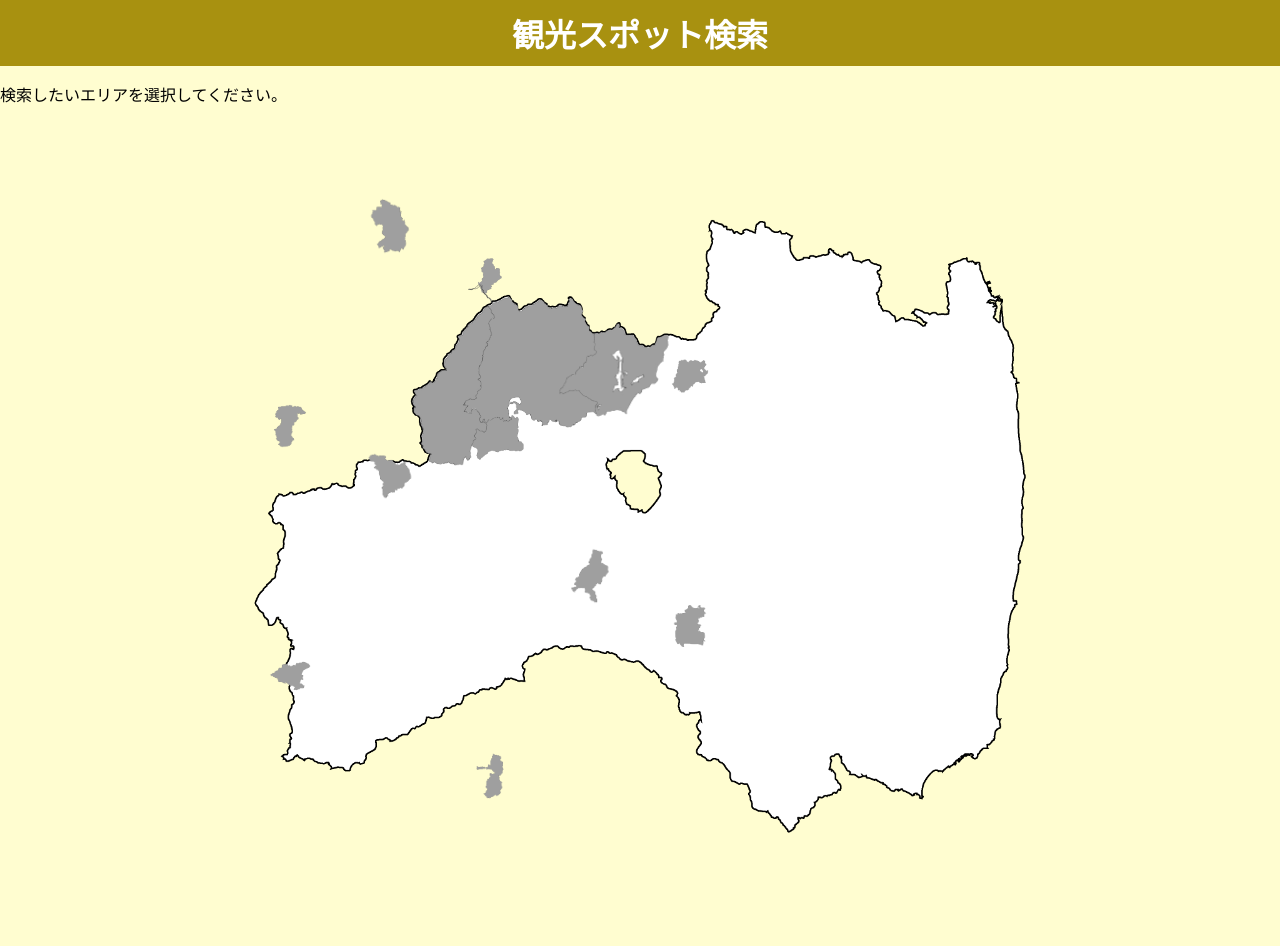
Repository: ryoutana/tanaryou.github.io
Page: Downloads/project/index.html
The author's editor kept a copy of each file at every save. The page is drawn from the files as they stood at one save, then again after a run of saves.
The browser window is 1280 px wide. The pictures show the whole page.

Above is the page before, as saved 2025-04-29 12:50:30.

### Downloads/project/index.html
<!DOCTYPE html>
<html lang="ja">
<head>
    <meta charset="UTF-8">
    <meta name="viewport" content="width=device-width, initial-scale=1.0">
    <title>観光スポット検索</title>
    <link rel="stylesheet" href="styles.css">
</head>
<body>
    <header>
        <h1 id="pageTitle">観光スポット検索</h1>
    </header>
    <main>
        <section id="intro">
            <p id="introText">検索したいエリアを選択してください。</p>
            <div id="mapContainer">
                <img id="introImage" src="福島県白地図.png" alt="福島県の地図">
                <div id="spotContainer"></div>
            </div>
        </section>
    </main>
    <script src="script.js"></script>
</body>
</html>

### Downloads/project/styles.css
/* styles.css */

/* 全体のリセット */
body, html {
    margin: 0;
    padding: 0;
    box-sizing: border-box;
    background-color: #fffdd0; /* 背景色をクリーム色に設定 */
    font-family: Arial, sans-serif;
}

/* ヘッダーのスタイル */
header {
    text-align: center;
    background-color: #a89110; /* ゴールド系の背景色 */
    padding: 10px 0;
}

#pageTitle {
    font-size: 2em;
    margin: 0;
    color: #fff; /* 白文字 */
}

/* 地図全体のコンテナ */
#mapContainer {
    position: relative;
    width: 80%; /* 地図の幅を画面幅に応じて調整 */
    max-width: 800px;
    margin: 20px auto;
    overflow: hidden;
    text-align: center;
}

#introImage {
    width: 100%; /* 地図画像を親要素にフィットさせる */
    height: auto;
    display: block;
    margin: 0 auto;
    z-index: 1;
}

/* スポット画像のコンテナ */
#spotContainer {
    position: absolute;
    top: 0;
    left: 0;
    width: 100%;
    height: 100%;
    z-index: 2;
}

/* スポット画像のスタイル */
.spot-image {
    position: absolute;
    transform: translate(-50%, -50%); /* 中心基準で配置 */
    cursor: pointer;
    transition: filter 0.3s ease;
    filter: brightness(0.8) saturate(0); /* デフォルトで薄い灰色 */
}

.spot-image:hover {
    filter: brightness(1.2) hue-rotate(90deg); /* カーソルが乗ると黄緑 */
}

.spot-image.active {
    filter: brightness(1) hue-rotate(120deg) saturate(2); /* クリックでしっかり緑 */
}

### Downloads/project/script.js
// script.js

// スポットデータ（座標は地図画像内の相対的なピクセル位置）
const spots = [
    { name: '会津坂下町', img: '会津坂下町(白地図).png', x: 250, y: 300, width: 80 },
    { name: '会津若松市', img: '会津若松市(白地図).png', x: 150, y: 100, width: 60 },
    { name: '会津美里町', img: '会津美里町(白地図).png', x: 250, y: 150, width: 40 },
    { name: '喜多方市', img: '喜多方市(白地図).png', x: 291, y: 230, width: 170 },
    { name: '金山町', img: '金山町(白地図).png', x: 450, y: 250, width: 45 },
    { name: '三島町', img: '三島町(白地図).png', x: 50, y: 300, width: 50 },
    { name: '昭和村', img: '昭和村(白地図).png', x: 150, y: 350, width: 55 },
    { name: '西会津町', img: '西会津町(白地図).png', x: 214, y: 260, width: 180 },
    { name: '猪苗代町', img: '猪苗代町(白地図).png', x: 350, y: 450, width: 60 },
    { name: '湯川村', img: '湯川村(白地図).png', x: 450, y: 500, width: 50 },
    { name: '磐梯町', img: '磐梯町(白地図).png', x: 50, y: 550, width: 45 },
    { name: '北塩原村', img: '北塩原村(白地図).png', x: 374, y: 244, width: 123 },
    { name: '柳津町', img: '柳津町(白地図).png', x: 250, y: 650, width: 50 }
];

// スポットを動的に生成
function generateSpots() {
    const spotContainer = document.getElementById('spotContainer');
    const mapContainer = document.getElementById('mapContainer');

    if (!spotContainer || !mapContainer) {
        console.error('Error: 必要な要素が見つかりません。');
        return;
    }

    const mapWidth = mapContainer.offsetWidth; // 地図の幅
    const mapHeight = mapContainer.offsetHeight; // 地図の高さ

    spots.forEach(spot => {
        const img = document.createElement('img');
        img.src = spot.img;
        img.alt = spot.name;
        img.style.width = `${(spot.width / 800) * mapWidth}px`; // 幅を地図のサイズに比例させる
        img.style.left = `${(spot.x / 800) * mapWidth}px`; // x座標を地図のサイズに比例させる
        img.style.top = `${(spot.y / 800) * mapHeight}px`; // y座標を地図のサイズに比例させる
        img.classList.add('spot-image');

        // クリックイベントで色を変更
        img.addEventListener('click', () => {
            if (img.classList.contains('active')) {
                img.classList.remove('active'); // 緑から灰色に戻す
            } else {
                img.classList.add('active'); // 緑にする
            }
        });

        spotContainer.appendChild(img);
    });
}

// 初期化処理
function init() {
    generateSpots();
    console.log('スポット画像の生成が完了しました。');
}

// ページ読み込み時に初期化
window.onload = init;

After the next 8 saves:
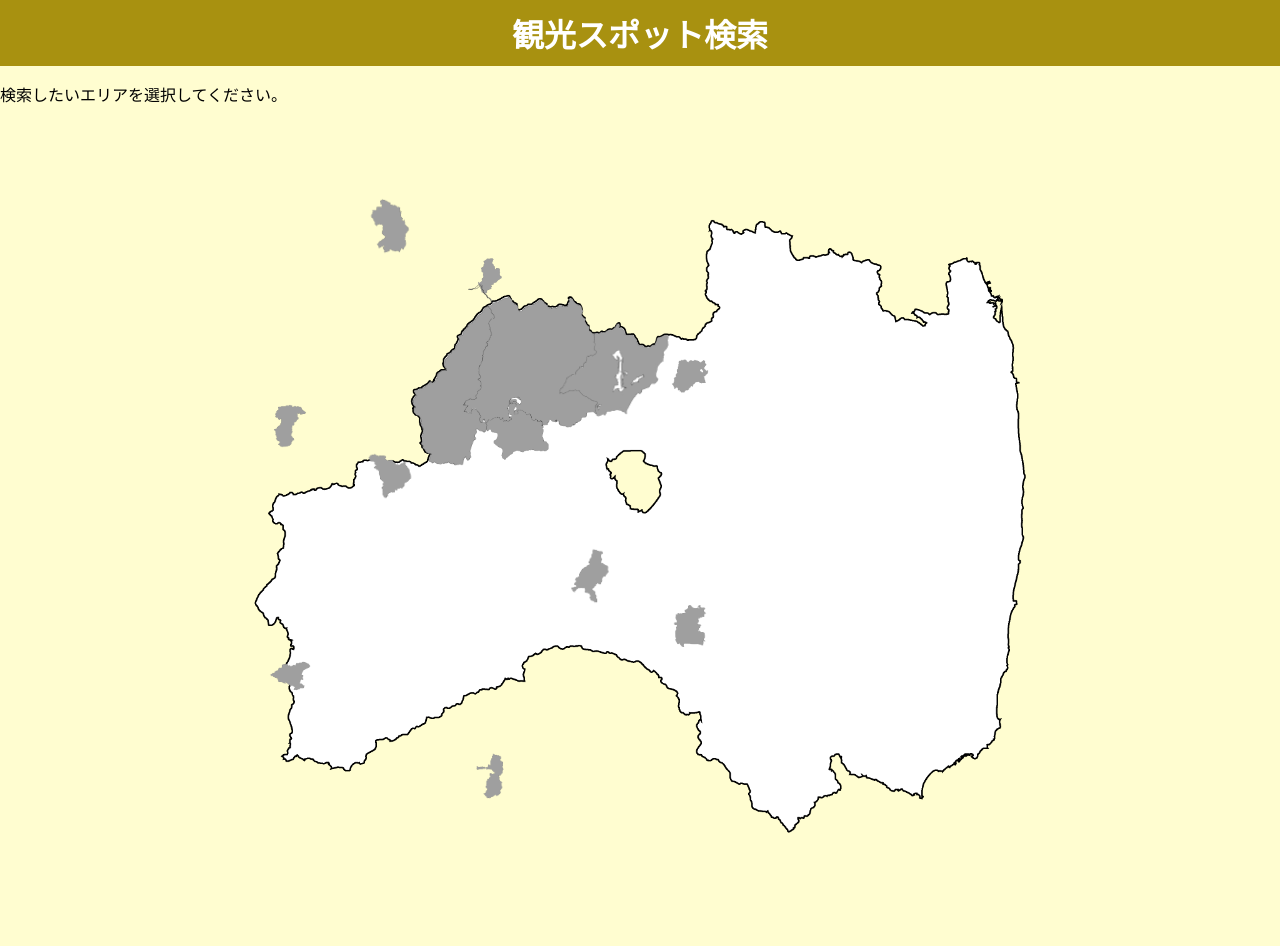
The 8 saves are shown as one change because they came seconds apart.
The last was saved 12 s later.
--- a/Downloads/project/script.js
+++ b/Downloads/project/script.js
@@ -2,7 +2,7 @@
 
 // スポットデータ（座標は地図画像内の相対的なピクセル位置）
 const spots = [
-    { name: '会津坂下町', img: '会津坂下町(白地図).png', x: 250, y: 300, width: 80 },
+    { name: '会津坂下町', img: '会津坂下町(白地図).png', x: 275, y: 300, width: 80 },
     { name: '会津若松市', img: '会津若松市(白地図).png', x: 150, y: 100, width: 60 },
     { name: '会津美里町', img: '会津美里町(白地図).png', x: 250, y: 150, width: 40 },
     { name: '喜多方市', img: '喜多方市(白地図).png', x: 291, y: 230, width: 170 },
